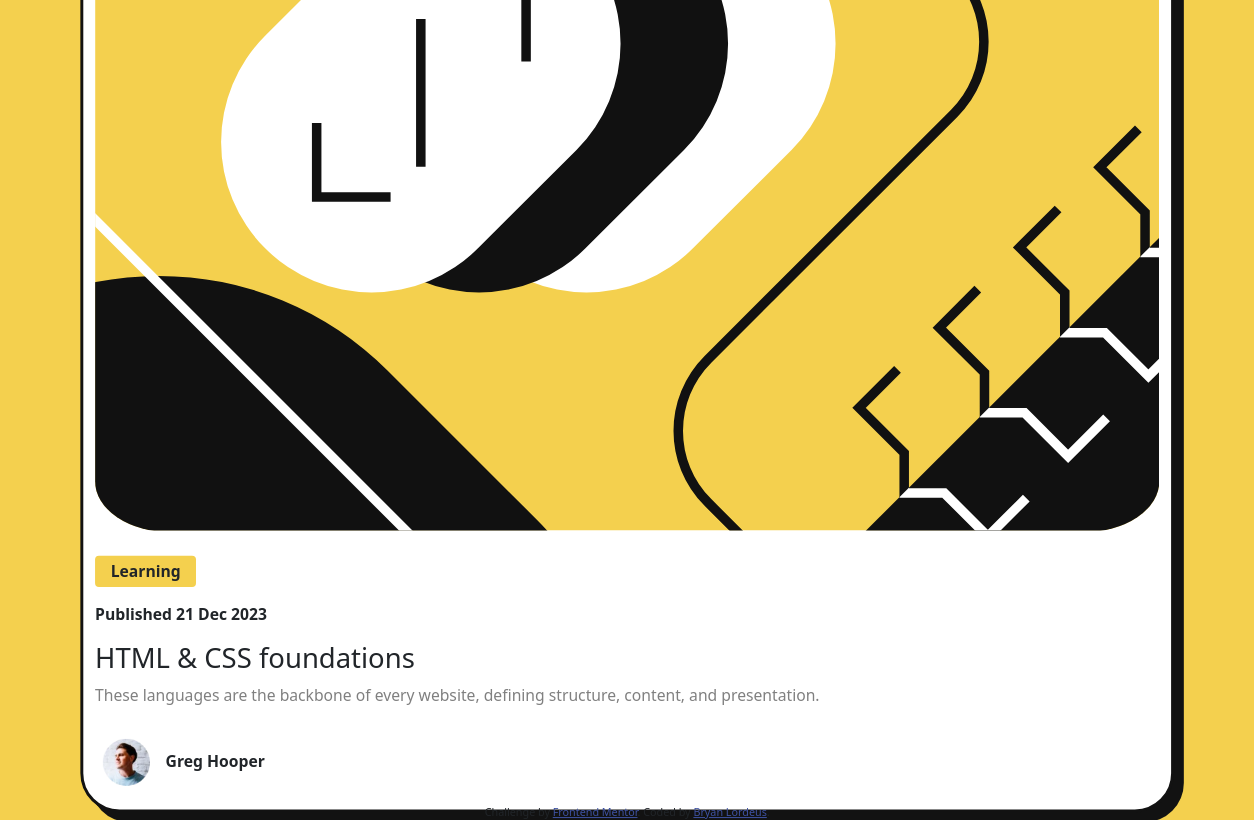
Repository: blordeus/blog-preview-card
Page: index.html
The author's editor kept a copy of each file at every save. The page is drawn from the files as they stood at one save, then again after the next save.
The browser window is 1280 px wide. The pictures show the whole page, at 98% of full size.
The style sheet was rebuilt from its Sass, Less or Tailwind sources for each picture, by a compiler version that may differ from the author's.

Above is the page before, as saved 2024-02-10 11:45:32.

After the next save:
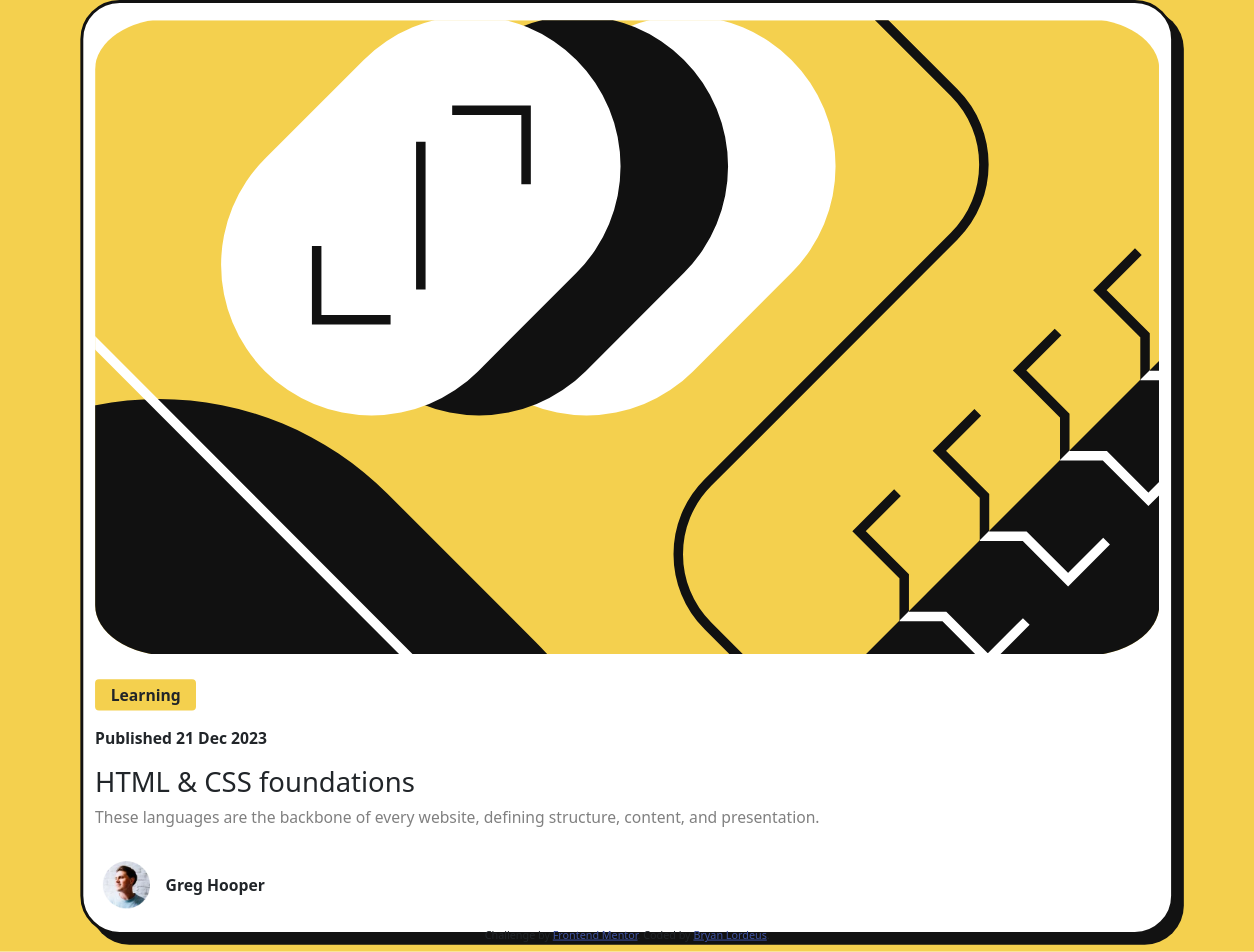
Saved 73 s later.
--- a/style.scss
+++ b/style.scss
@@ -30,7 +30,6 @@
 body {
     font-family: Figtree;
     //100vh
-    height: 100vh;
     display: flex;
     flex-direction: column;
     justify-content: center;

After the save that followed:
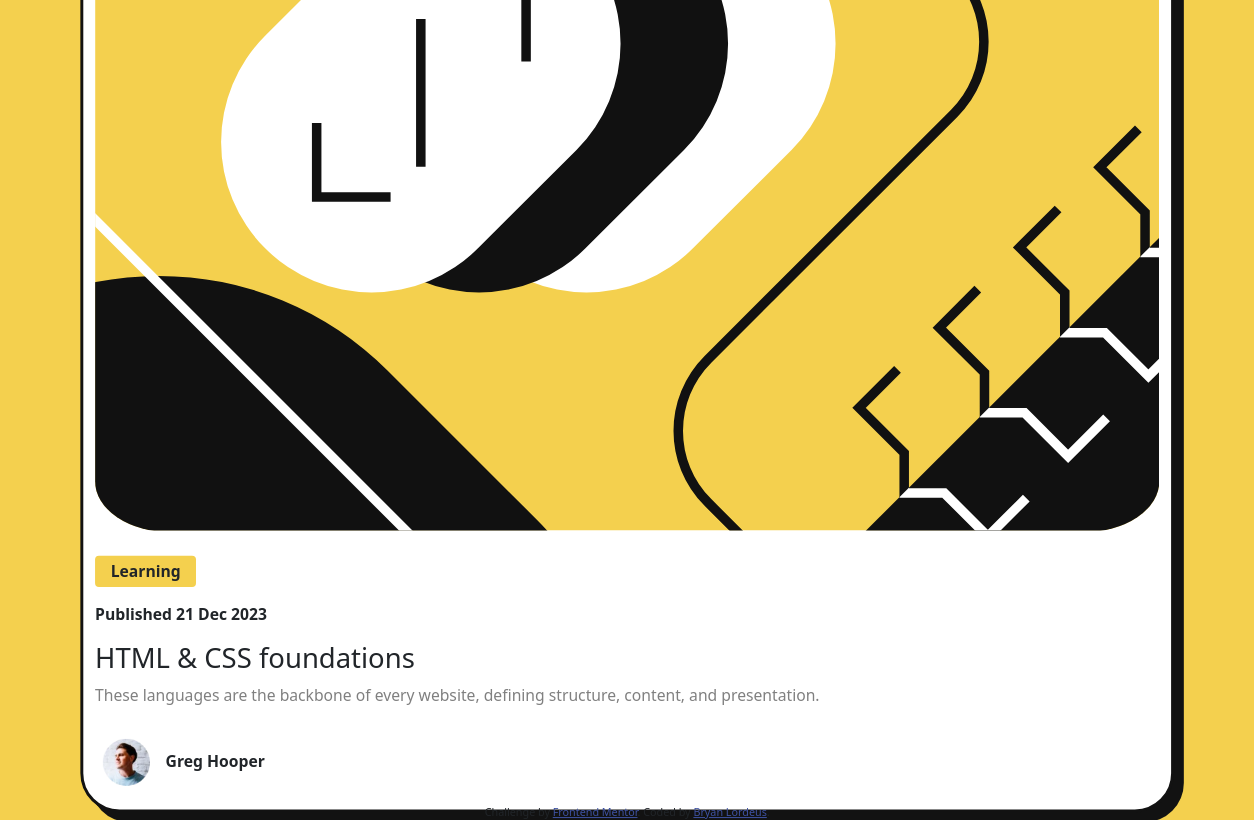
Saved 4 s later.
--- a/style.scss
+++ b/style.scss
@@ -30,6 +30,7 @@
 body {
     font-family: Figtree;
     //100vh
+    height: 100vh;
     display: flex;
     flex-direction: column;
     justify-content: center;
